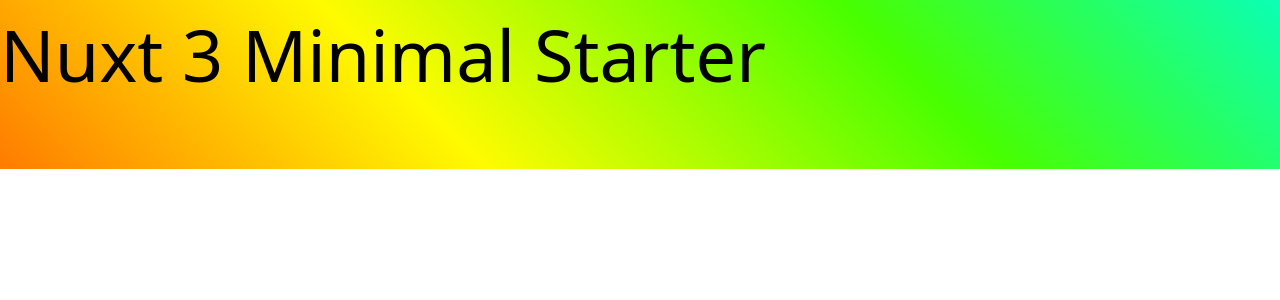
Repository: Freezler/nuxt
Page: /
These files come from the project's save history. The page is drawn as it stood at one moment and after the next save; the edit follows.
The browser window is 1280 px wide. The pictures show the whole page.
The project was rebuilt for these pictures with package versions that can differ from the ones it lists, and the page was loaded fresh each time. The framework's server and built-in components were replaced by stand-ins that run in the browser. Also part of the build but not shown: nuxt.config.ts.

Above is the page before, as saved 2024-08-02 21:06:15.

### assets/css/main.css
@tailwind base;
@tailwind components;
@tailwind utilities;

html {
	background:
	linear-gradient(45deg, #ff0000, #ff7300, #fffb00, #48ff00, #00ffd5, #002bff, #7a00ff, #ff00c8, #ff0000);


	animation: gradient 6s cubic-bezier(0.455, 0.03, 0.515, 0.955) infinite;
	background-size: 300% 300%;
	background-repeat: no-repeat;
}
@keyframes gradient {
	0% {
		background-position: 0% 50%;
	}
	50% {
		background-position: 100% 150%;
	}
	100% {
		background-position: 0% 50%;
	}


}

### app.vue
<template>
  <div>
    <h1 class="text-[72px]">Nuxt 3 Minimal Starter</h1>
  </div>
</template>

### tailwind.config.js
/** @type {import('tailwindcss').Config} */
module.exports = {
	content: [
		"./components/**/*.{js,vue,ts}",
		"./layouts/**/*.vue",
		"./pages/**/*.vue",
		"./plugins/**/*.{js,ts}",
		"./app.vue",
		"./error.vue",
	],
	theme: {
		extend: {},
	},
	plugins: [],
}

After the next save:
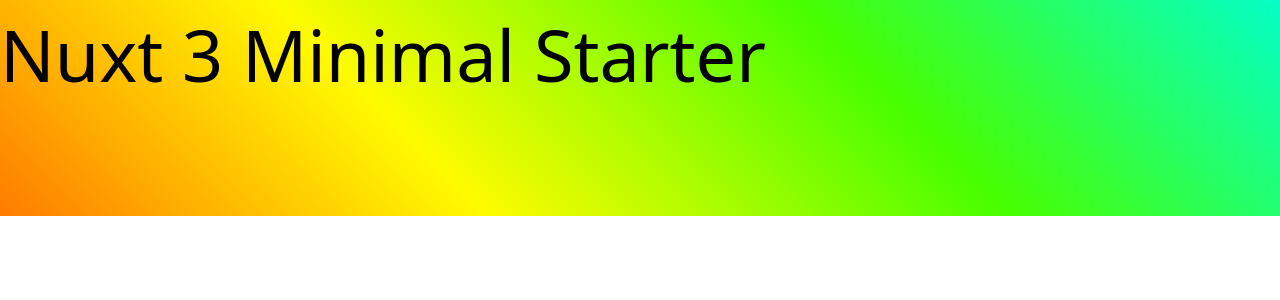
Saved 47 s later.
--- a/assets/css/main.css
+++ b/assets/css/main.css
@@ -16,7 +16,7 @@
 		background-position: 0% 50%;
 	}
 	50% {
-		background-position: 100% 150%;
+		background-position: 100% 50%;
 	}
 	100% {
 		background-position: 0% 50%;
